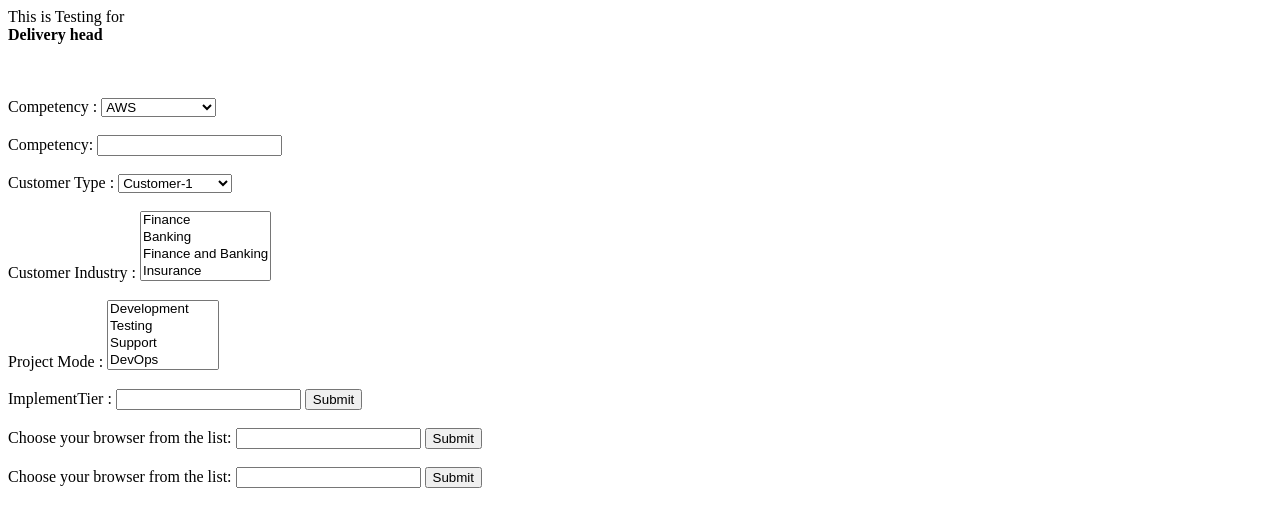
Repository: Perwaiz21/STS
Page: http://localhost/AWS_Web/
These files come from the project's save history. The page is drawn as it stood at one moment and after the next save; the edit follows.
The browser window is 1280 px wide. The pictures show the whole page.
The page is served by Tomcat 9.

Above is the page before, as saved 2021-02-18 10:11:16.

After the next save:
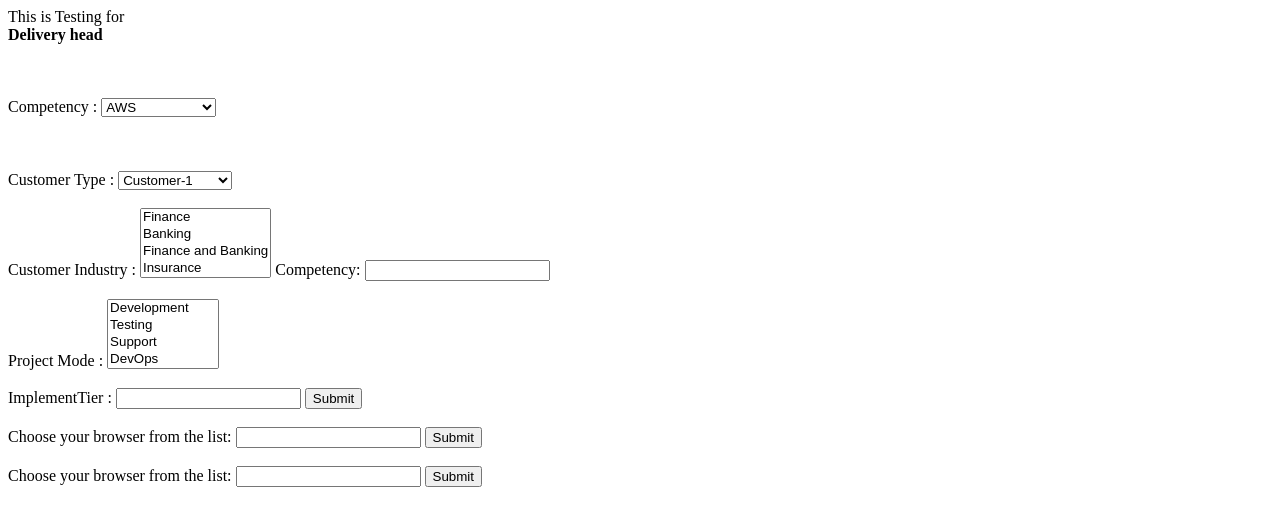
Saved 72 s later.
--- a/AWS_Web/WebContent/index.jsp
+++ b/AWS_Web/WebContent/index.jsp
@@ -19,18 +19,7 @@
 			<option value=".NET Full Stack">.NET Full Stack</option>
 
 		</select> <br><br>
-		<label for="Competency">Competency:</label> <input list="Competency" name="Competency" id="Competency">
-		<datalist id="Competency">
-			<option value="Edge"><option value="Firefox">
 
-			<option value="Chrome">
-
-			<option value="Opera">
-
-			<option value="Safari">
-
-		</datalist>
-		<!-- <input type="submit"> -->
 
 		<br> <br> <label
 					for="Customer Type">Customer Type :</label> <select
@@ -54,7 +43,25 @@
 			<option value="Lease Management">Lease Management</option>
 			<option value="Advisory">Advisory</option>
 			<option value="Audit">Audit</option>
-		</select> <br> <br> <label for="Project Mode">Project Mode :</label>
+		</select>
+
+
+		<label for="Competency">Competency:</label> <input list="Competency" name="Competency" id="Competency">
+		<datalist id="Competency">
+			<option value="Edge"><option value="Firefox">
+
+			<option value="Chrome">
+
+			<option value="Opera">
+
+			<option value="Safari">
+
+		</datalist>
+		<!-- <input type="submit"> -->
+
+
+		 <br> <br>
+		 <label for="Project Mode">Project Mode :</label>
 		<select name="Project-Mode" id="Project-Mode" multiple>
 			<option value="Development">Development</option>
 			<option value="Testing">Testing</option>
